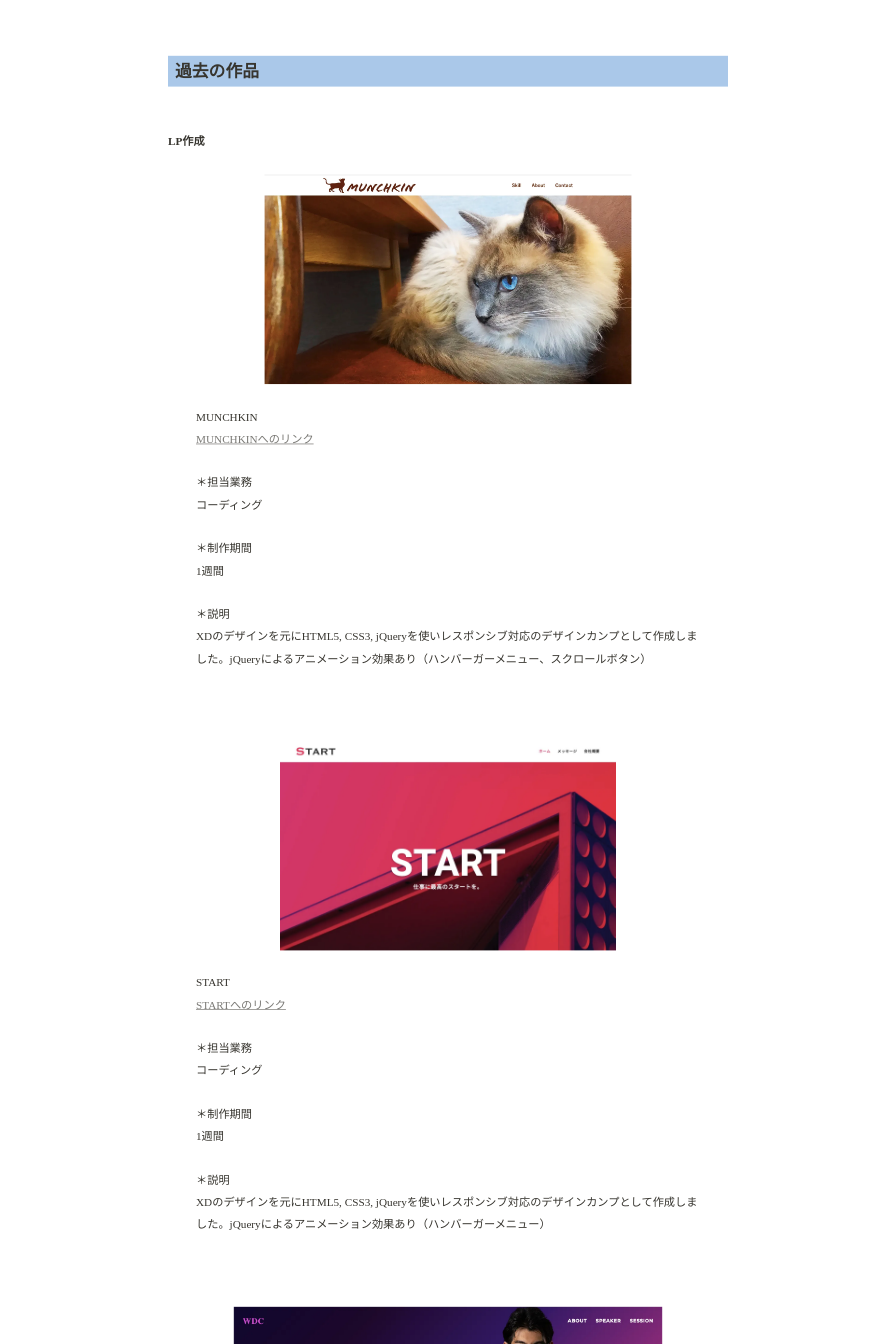
Repository: tetishi/my-portfolio
Page: index.html
These files come from the project's save history. The page is drawn as it stood at one moment and after the next save; the edit follows.
The browser window is 1280 px wide. The pictures show the part of the page from y = 324 to 2244 px (the page is 5645 px tall before and 6517 px after), at 70% of full size.
The style sheet was rebuilt from its Sass, Less or Tailwind sources for each picture, by a compiler version that may differ from the author's.

Above is the page before, as saved 2023-08-23 15:34:09.

After the next save:
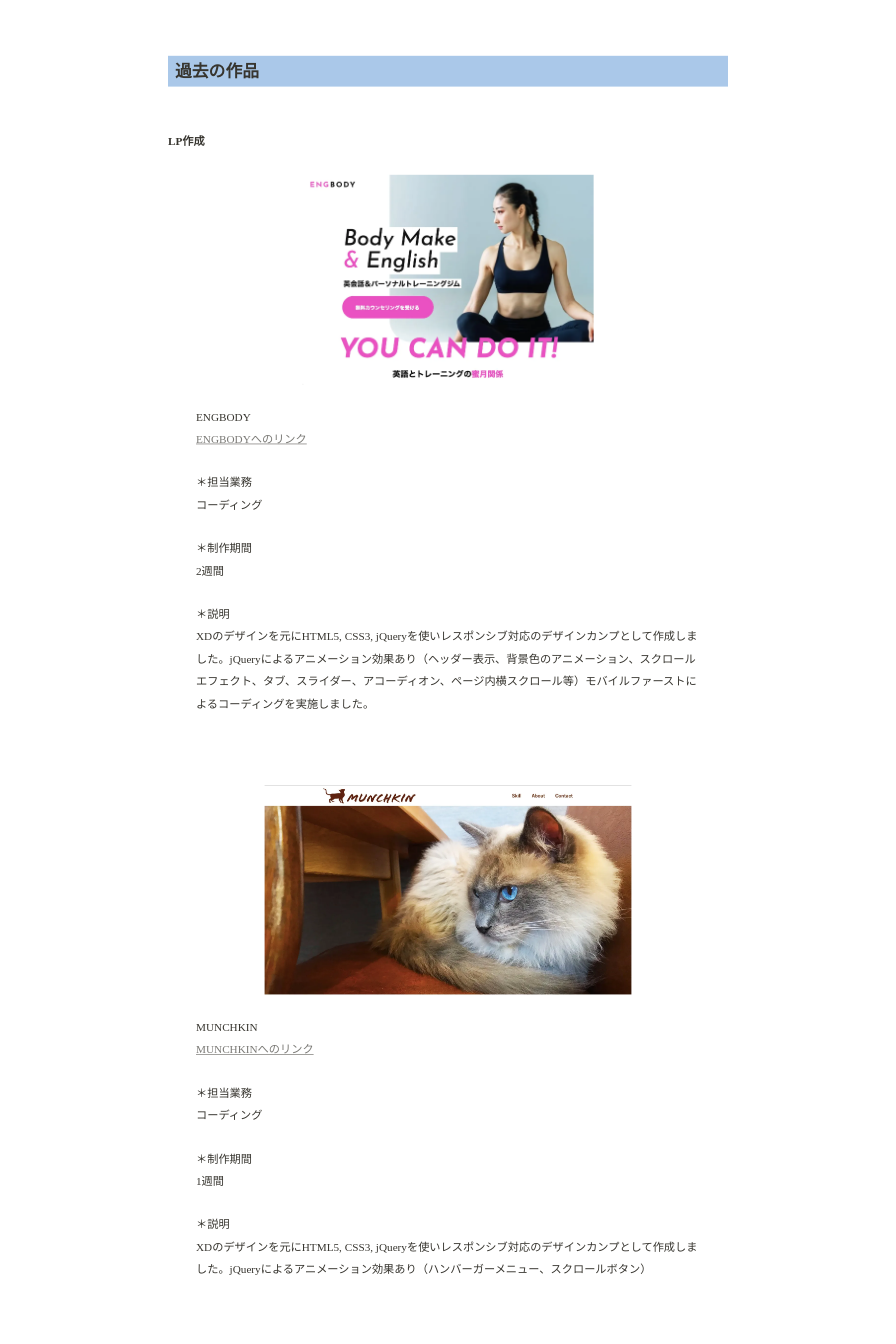
Saved 8 s later.
--- a/index.html
+++ b/index.html
@@ -42,6 +42,26 @@
             <div class="work">
                 <!-- サイトのイメージ写真を入れます -->
                 <picture>
+                    <source srcset="img/engbody.webp" type="image/webp">
+                    <img src="img/engbody.png">
+                </picture>
+                <!-- ここ記入 -->
+                <p class="work_tit">ENGBODY</p>
+                <!-- ここ記入 -->
+                <p class="work_link"><a target="_blank" rel="noopener noreferrer" href="https://tetishi.github.io/engbody/">ENGBODYへのリンク</a></p>
+                <p class="details">＊担当業務</p>
+                <p>コーディング</p>
+                <p class="details">＊制作期間</p>
+                <!-- ここ記入 -->
+                <p>2週間</p>
+                <p class="details">＊説明</p>
+                <!-- ここ記入 -->
+                <p>XDのデザインを元にHTML5, CSS3, jQueryを使いレスポンシブ対応のデザインカンプとして作成しました。jQueryによるアニメーション効果あり（ヘッダー表示、背景色のアニメーション、スクロールエフェクト、タブ、スライダー、アコーディオン、ページ内横スクロール等）モバイルファーストによるコーディングを実施しました。</p>
+            </div>
+
+            <div class="work">
+                <!-- サイトのイメージ写真を入れます -->
+                <picture>
                     <source srcset="img/munchkin.webp" type="image/webp">
                     <img src="img/munchkin.png">
                 </picture>
